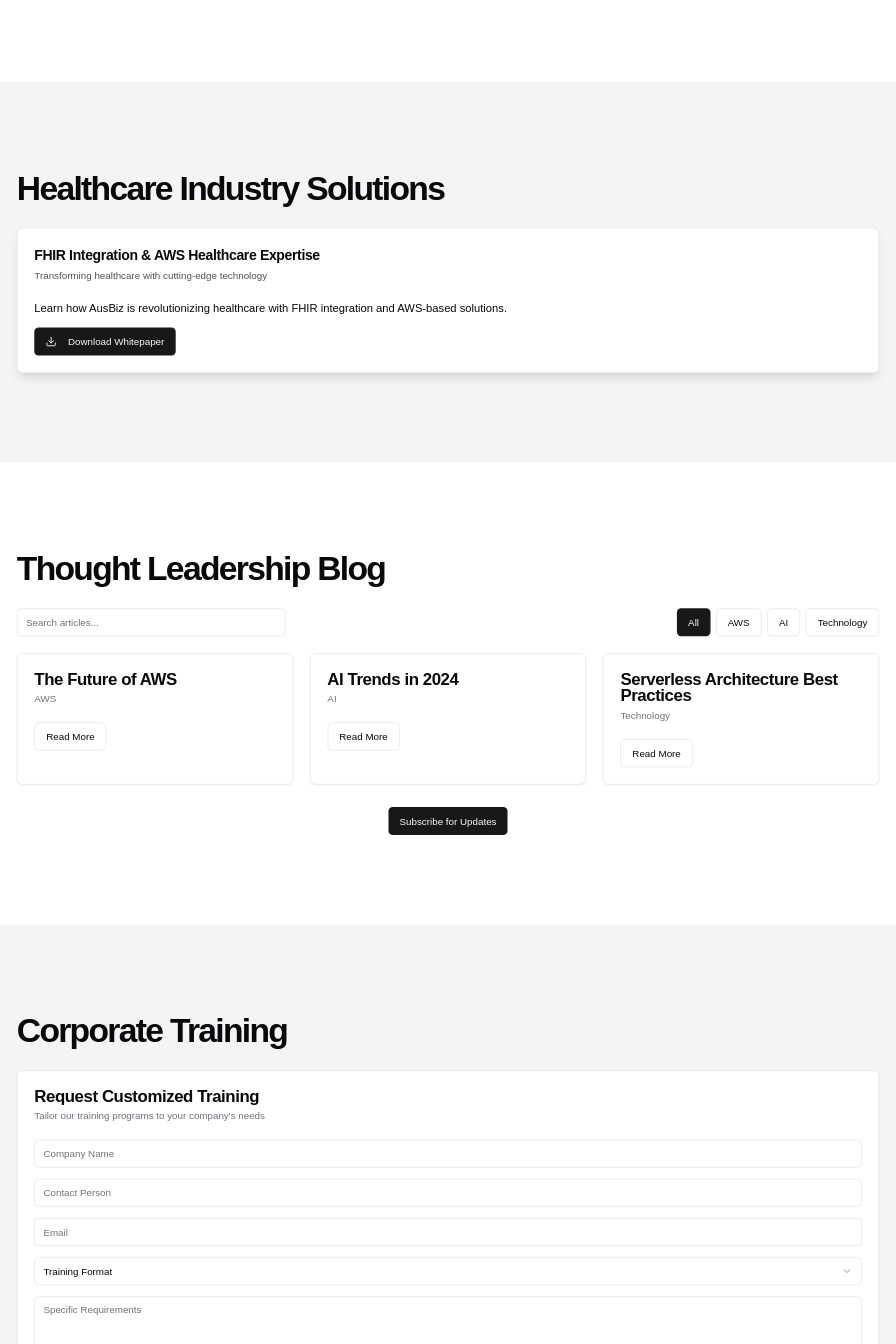
Repository: DiwanMalla/ausbizdemo1
Page: /
An editor plug-in stored every save of this project. The page is shown before and after the next save, followed by the edit.
The browser window is 1280 px wide. The pictures show the part of the page from y = 2900 to 4820 px (the page is 5753 px tall before and 5977 px after), at 70% of full size.
The project was rebuilt for these pictures with package versions that can differ from the ones it lists, and the page was loaded fresh each time. The framework's server and built-in components were replaced by stand-ins that run in the browser. Also part of the build but not shown: next.config.ts.

Above is the page before, as saved 2024-11-09 18:50:03.

### components/ui/button.tsx
import * as React from "react"
import { Slot } from "@radix-ui/react-slot"
import { cva, type VariantProps } from "class-variance-authority"

import { cn } from "@/lib/utils"

const buttonVariants = cva(
  "inline-flex items-center justify-center gap-2 whitespace-nowrap rounded-md text-sm font-medium ring-offset-background transition-colors focus-visible:outline-none focus-visible:ring-2 focus-visible:ring-ring focus-visible:ring-offset-2 disabled:pointer-events-none disabled:opacity-50 [&_svg]:pointer-events-none [&_svg]:size-4 [&_svg]:shrink-0",
  {
    variants: {
      variant: {
        default: "bg-primary text-primary-foreground hover:bg-primary/90",
        destructive:
          "bg-destructive text-destructive-foreground hover:bg-destructive/90",
        outline:
          "border border-input bg-background hover:bg-accent hover:text-accent-foreground",
        secondary:
          "bg-secondary text-secondary-foreground hover:bg-secondary/80",
        ghost: "hover:bg-accent hover:text-accent-foreground",
        link: "text-primary underline-offset-4 hover:underline",
      },
      size: {
        default: "h-10 px-4 py-2",
        sm: "h-9 rounded-md px-3",
        lg: "h-11 rounded-md px-8",
        icon: "h-10 w-10",
      },
    },
    defaultVariants: {
      variant: "default",
      size: "default",
    },
  }
)

export interface ButtonProps
  extends React.ButtonHTMLAttributes<HTMLButtonElement>,
    VariantProps<typeof buttonVariants> {
  asChild?: boolean
}

const Button = React.forwardRef<HTMLButtonElement, ButtonProps>(
  ({ className, variant, size, asChild = false, ...props }, ref) => {
    const Comp = asChild ? Slot : "button"
    return (
      <Comp
        className={cn(buttonVariants({ variant, size, className }))}
        ref={ref}
        {...props}
      />
    )
  }
)
Button.displayName = "Button"

export { Button, buttonVariants }

### components/HeroSection.tsx
import { Button } from "@/components/ui/button";

export default function HeroSection() {
  return (
    <section className="w-full py-12 md:py-24 lg:py-32 xl:py-48">
      <div className="container px-4 md:px-6">
        <div className="flex flex-col items-center space-y-4 text-center">
          <div className="space-y-2">
            <h1 className="text-3xl font-bold tracking-tighter sm:text-4xl md:text-5xl lg:text-6xl/none">
              Generative AI and AWS Expertise
            </h1>
            <p className="mx-auto max-w-[700px] text-gray-500 md:text-xl dark:text-gray-400">
              Empowering businesses with cutting-edge technology solutions
            </p>
          </div>
          <div className="space-x-4">
            <Button>Contact Us</Button>
            <Button variant="outline">Learn More</Button>
          </div>
        </div>
      </div>
    </section>
  );
}

### components/Services.tsx
import {
  Card,
  CardContent,
  CardDescription,
  CardHeader,
  CardTitle,
} from "@/components/ui/card";
import {
  CloudIcon,
  CodeIcon,
  BrainIcon,
  DatabaseIcon,
  SmartphoneIcon,
} from "lucide-react";

const services = [
  {
    title: "Cloud Solutions",
    description: "Scalable and secure AWS cloud infrastructure",
    icon: CloudIcon,
  },
  {
    title: "Full-Stack Development",
    description: "End-to-end web and mobile app development",
    icon: CodeIcon,
  },
  {
    title: "AI Consulting",
    description: "Leverage AI to transform your business",
    icon: BrainIcon,
  },
  {
    title: "Data Engineering",
    description: "Streamlining your data pipelines and architectures",
    icon: DatabaseIcon,
  },
  {
    title: "Mobile Development",
    description: "Developing mobile apps for iOS and Android",
    icon: SmartphoneIcon,
  },
  // More services added...
];

export default function ServicesCarousel() {
  return (
    <section className="w-full py-12 md:py-24 lg:py-32 bg-gray-100 dark:bg-gray-800">
      <div className="container mx-auto px-6 md:px-8">
        <h2 className="text-3xl font-bold tracking-tight sm:text-4xl md:text-5xl mb-8 text-center text-foreground">
          Our Services
        </h2>
        <div className="relative">
          <div className="flex overflow-x-auto pb-10 hide-scroll-bar scroll-smooth px-6 lg:px-12 space-x-6">
            {services.map((service, index) => (
              <Card
                key={index}
                className="flex-none w-64 sm:w-80 lg:w-96 bg-white shadow-lg rounded-lg transition-all duration-300 transform hover:scale-105 hover:shadow-xl"
              >
                <CardHeader className="flex justify-center items-center p-6">
                  <service.icon className="w-14 h-14 text-indigo-600" />
                </CardHeader>
                <CardContent className="px-4 py-3">
                  <CardTitle className="text-lg font-semibold text-foreground">
                    {service.title}
                  </CardTitle>
                  <CardDescription className="text-sm text-foreground/70">
                    {service.description}
                  </CardDescription>
                </CardContent>
              </Card>
            ))}
          </div>
          <div className="absolute top-0 left-0 right-0 bottom-0 bg-gradient-to-r from-transparent via-transparent to-gray-100 pointer-events-none"></div>
        </div>
      </div>
    </section>
  );
}

### components/LMS.tsx
import { Button } from "@/components/ui/button";
import {
  Card,
  CardContent,
  CardDescription,
  CardHeader,
  CardTitle,
} from "@/components/ui/card";

const modules = [
  { title: "AWS Basics", free: true },
  { title: "Serverless Architecture", free: false },
  { title: "Machine Learning on AWS", free: false },
  // Add more modules...
];

export default function LMSSection() {
  return (
    <section className="w-full py-12 md:py-24 lg:py-32">
      <div className="container px-4 md:px-6">
        <h2 className="text-3xl font-bold tracking-tight sm:text-4xl md:text-5xl mb-8 text-center text-foreground">
          Learning Management System
        </h2>
        <div className="grid gap-6 sm:grid-cols-2 lg:grid-cols-3">
          {modules.map((module, index) => (
            <Card
              key={index}
              className="cursor-pointer rounded-lg bg-card shadow-card hover:shadow-card-hover transition-all duration-300 transform hover:scale-105"
            >
              <CardHeader className="p-6 text-center">
                <CardTitle className="text-xl font-semibold text-foreground">
                  {module.title}
                </CardTitle>
                <CardDescription className="text-sm text-foreground/70">
                  {module.free ? "Free" : "Premium"}
                </CardDescription>
              </CardHeader>
              <CardContent className="px-4 py-3 flex justify-center">
                <Button
                  variant={module.free ? "default" : "outline"}
                  className={`${
                    module.free
                      ? "bg-primary text-primary-foreground hover:bg-primary/90"
                      : "border-accent  dark:text-foreground hover:bg-accent/10"
                  } w-full py-2 px-4 text-sm font-semibold transition-all duration-200`}
                >
                  {module.free ? "Start Learning" : "Upgrade to Access"}
                </Button>
              </CardContent>
            </Card>
          ))}
        </div>
      </div>
    </section>
  );
}

### components/Healthcare.tsx
import {
  Card,
  CardContent,
  CardDescription,
  CardHeader,
  CardTitle,
} from "@/components/ui/card";
import { Button } from "@/components/ui/button";
import { DownloadIcon } from "lucide-react";

export default function IndustryCallouts() {
  return (
    <section className="w-full py-12 md:py-24 lg:py-32 bg-gray-100 dark:bg-gray-800">
      <div className="container px-4 md:px-6">
        <h2 className="text-3xl font-bold tracking-tighter sm:text-4xl md:text-5xl mb-8 text-foreground dark:text-foreground">
          Healthcare Industry Solutions
        </h2>
        <Card className="bg-white dark:bg-gray-900 text-foreground dark:text-foreground shadow-lg dark:shadow-gray-800 hover:shadow-lg transition-all duration-300 transform hover:scale-105">
          <CardHeader>
            <CardTitle className="text-xl font-semibold text-foreground dark:text-foreground">
              FHIR Integration & AWS Healthcare Expertise
            </CardTitle>
            <CardDescription className="text-sm text-foreground/70 dark:text-foreground/50">
              Transforming healthcare with cutting-edge technology
            </CardDescription>
          </CardHeader>
          <CardContent>
            <p className="mb-4 text-foreground dark:text-foreground/80">
              Learn how AusBiz is revolutionizing healthcare with FHIR
              integration and AWS-based solutions.
            </p>
            <Button className="bg-primary text-primary-foreground dark:bg-primary dark:text-primary-foreground hover:bg-primary/90 dark:hover:bg-primary/90 transition-all duration-200">
              <DownloadIcon className="mr-2 h-4 w-4" /> Download Whitepaper
            </Button>
          </CardContent>
        </Card>
      </div>
    </section>
  );
}

### components/Blog.tsx
import { useState } from "react";
import {
  Card,
  CardContent,
  CardDescription,
  CardHeader,
  CardTitle,
} from "@/components/ui/card";
import { Input } from "@/components/ui/input";
import { Button } from "@/components/ui/button";

const blogPosts = [
  { title: "The Future of AWS", category: "AWS" },
  { title: "AI Trends in 2024", category: "AI" },
  { title: "Serverless Architecture Best Practices", category: "Technology" },
  // Add more blog posts...
];

export default function BlogSection() {
  const [searchTerm, setSearchTerm] = useState("");
  const [selectedCategory, setSelectedCategory] = useState("All");

  const filteredPosts = blogPosts.filter(
    (post) =>
      post.title.toLowerCase().includes(searchTerm.toLowerCase()) &&
      (selectedCategory === "All" || post.category === selectedCategory)
  );

  return (
    <section className="w-full py-12 md:py-24 lg:py-32">
      <div className="container px-4 md:px-6">
        <h2 className="text-3xl font-bold tracking-tighter sm:text-4xl md:text-5xl mb-8">
          Thought Leadership Blog
        </h2>
        <div className="flex justify-between mb-6">
          <Input
            type="search"
            placeholder="Search articles..."
            className="max-w-sm"
            value={searchTerm}
            onChange={(e) => setSearchTerm(e.target.value)}
          />
          <div className="space-x-2">
            {["All", "AWS", "AI", "Technology"].map((category) => (
              <Button
                key={category}
                variant={selectedCategory === category ? "default" : "outline"}
                onClick={() => setSelectedCategory(category)}
              >
                {category}
              </Button>
            ))}
          </div>
        </div>
        <div className="grid gap-6 sm:grid-cols-2 lg:grid-cols-3">
          {filteredPosts.map((post, index) => (
            <Card key={index}>
              <CardHeader>
                <CardTitle>{post.title}</CardTitle>
                <CardDescription>{post.category}</CardDescription>
              </CardHeader>
              <CardContent>
                <Button variant="outline">Read More</Button>
              </CardContent>
            </Card>
          ))}
        </div>
        <div className="mt-8 text-center">
          <Button>Subscribe for Updates</Button>
        </div>
      </div>
    </section>
  );
}

### components/CorporateTraining.tsx
import {
  Card,
  CardContent,
  CardDescription,
  CardHeader,
  CardTitle,
} from "@/components/ui/card";
import { Input } from "@/components/ui/input";
import { Textarea } from "@/components/ui/textarea";
import { Button } from "@/components/ui/button";
import {
  Select,
  SelectContent,
  SelectItem,
  SelectTrigger,
  SelectValue,
} from "@/components/ui/select";

export default function CorporateTraining() {
  return (
    <section className="w-full py-12 md:py-24 lg:py-32 bg-gray-100 dark:bg-gray-800">
      <div className="container px-4 md:px-6">
        <h2 className="text-3xl font-bold tracking-tighter sm:text-4xl md:text-5xl mb-8">
          Corporate Training
        </h2>
        <Card>
          <CardHeader>
            <CardTitle>Request Customized Training</CardTitle>
            <CardDescription>
              Tailor our training programs to your company's needs
            </CardDescription>
          </CardHeader>
          <CardContent>
            <form className="space-y-4">
              <Input placeholder="Company Name" />
              <Input placeholder="Contact Person" />
              <Input type="email" placeholder="Email" />
              <Select>
                <SelectTrigger>
                  <SelectValue placeholder="Training Format" />
                </SelectTrigger>
                <SelectContent>
                  <SelectItem value="in-person">In-Person</SelectItem>
                  <SelectItem value="remote">Remote</SelectItem>
                </SelectContent>
              </Select>
              <Textarea placeholder="Specific Requirements" />
              <Button type="submit">Submit Request</Button>
            </form>
          </CardContent>
        </Card>
      </div>
    </section>
  );
}

### components/Event.tsx
import {
  Card,
  CardContent,
  CardDescription,
  CardHeader,
  CardTitle,
} from "@/components/ui/card";
import { Button } from "@/components/ui/button";
import { CalendarIcon } from "lucide-react";

const events = [
  { title: "Create an AWS Account", date: "2024-06-15", time: "14:00" },
  { title: "First Lambda Function", date: "2024-06-22", time: "15:30" },
  // Add more events...
];

export default function EventSection() {
  return (
    <section className="w-full py-12 md:py-24 lg:py-32">
      <div className="container px-4 md:px-6">
        <h2 className="text-3xl font-bold tracking-tighter sm:text-4xl md:text-5xl mb-8">
          Upcoming Free Sessions
        </h2>
        <div className="grid gap-6 sm:grid-cols-2 lg:grid-cols-3">
          {events.map((event, index) => (
            <Card key={index}>
              <CardHeader>
                <CardTitle>{event.title}</CardTitle>
                <CardDescription>
                  <CalendarIcon className="inline-block mr-2" />
                  {new Date(`${event.date}T${event.time}`).toLocaleString()}
                </CardDescription>
              </CardHeader>
              <CardContent>
                <Button>Register</Button>
              </CardContent>
            </Card>
          ))}
        </div>
      </div>
    </section>
  );
}

### components/Footer.tsx
import { Button } from "@/components/ui/button";
import {
  FacebookIcon,
  TwitterIcon,
  LinkedinIcon,
  MoonIcon,
  SunIcon,
} from "lucide-react";

export default function Footer({ isDarkMode, toggleDarkMode }) {
  return (
    <footer className="w-full py-6 bg-gray-100 dark:bg-gray-800">
      <div className="container px-4 md:px-6">
        <div className="grid gap-8 sm:grid-cols-2 md:grid-cols-4">
          <div>
            <h3 className="text-lg font-semibold mb-2">About AusBiz</h3>
            <p className="text-sm">
              Empowering businesses with cutting-edge technology solutions
            </p>
          </div>
          <div>
            <h3 className="text-lg font-semibold mb-2">Contact</h3>
            <p className="text-sm">info@ausbiz.com</p>
            <p className="text-sm">+1 (555) 123-4567</p>
          </div>
          <div>
            <h3 className="text-lg font-semibold mb-2">Legal</h3>
            <ul className="space-y-1">
              <li>
                <a href="#" className="text-sm hover:underline">
                  Privacy Policy
                </a>
              </li>
              <li>
                <a href="#" className="text-sm hover:underline">
                  Terms of Service
                </a>
              </li>
            </ul>
          </div>
          <div>
            <h3 className="text-lg font-semibold mb-2">Follow Us</h3>
            <div className="flex space-x-4">
              <a href="#" aria-label="Facebook">
                <FacebookIcon className="w-6 h-6" />
              </a>
              <a href="#" aria-label="Twitter">
                <TwitterIcon className="w-6 h-6" />
              </a>
              <a href="#" aria-label="LinkedIn">
                <LinkedinIcon className="w-6 h-6" />
              </a>
            </div>
          </div>
        </div>
        <div className="mt-8 flex justify-between items-center">
          <p className="text-sm">&copy; 2024 AusBiz. All rights reserved.</p>
          <Button variant="outline" size="icon" onClick={toggleDarkMode}>
            {isDarkMode ? (
              <SunIcon className="h-[1.2rem] w-[1.2rem]" />
            ) : (
              <MoonIcon className="h-[1.2rem] w-[1.2rem]" />
            )}
            <span className="sr-only">Toggle theme</span>
          </Button>
        </div>
      </div>
    </footer>
  );
}

### components/ui/card.tsx
import * as React from "react"

import { cn } from "@/lib/utils"

const Card = React.forwardRef<
  HTMLDivElement,
  React.HTMLAttributes<HTMLDivElement>
>(({ className, ...props }, ref) => (
  <div
    ref={ref}
    className={cn(
      "rounded-lg border bg-card text-card-foreground shadow-sm",
      className
    )}
    {...props}
  />
))
Card.displayName = "Card"

const CardHeader = React.forwardRef<
  HTMLDivElement,
  React.HTMLAttributes<HTMLDivElement>
>(({ className, ...props }, ref) => (
  <div
    ref={ref}
    className={cn("flex flex-col space-y-1.5 p-6", className)}
    {...props}
  />
))
CardHeader.displayName = "CardHeader"

const CardTitle = React.forwardRef<
  HTMLDivElement,
  React.HTMLAttributes<HTMLDivElement>
>(({ className, ...props }, ref) => (
  <div
    ref={ref}
    className={cn(
      "text-2xl font-semibold leading-none tracking-tight",
      className
    )}
    {...props}
  />
))
CardTitle.displayName = "CardTitle"

const CardDescription = React.forwardRef<
  HTMLDivElement,
  React.HTMLAttributes<HTMLDivElement>
>(({ className, ...props }, ref) => (
  <div
    ref={ref}
    className={cn("text-sm text-muted-foreground", className)}
    {...props}
  />
))
CardDescription.displayName = "CardDescription"

const CardContent = React.forwardRef<
  HTMLDivElement,
  React.HTMLAttributes<HTMLDivElement>
>(({ className, ...props }, ref) => (
  <div ref={ref} className={cn("p-6 pt-0", className)} {...props} />
))
CardContent.displayName = "CardContent"

const CardFooter = React.forwardRef<
  HTMLDivElement,
  React.HTMLAttributes<HTMLDivElement>
>(({ className, ...props }, ref) => (
  <div
    ref={ref}
    className={cn("flex items-center p-6 pt-0", className)}
    {...props}
  />
))
CardFooter.displayName = "CardFooter"

export { Card, CardHeader, CardFooter, CardTitle, CardDescription, CardContent }

### components/ui/input.tsx
import * as React from "react"

import { cn } from "@/lib/utils"

const Input = React.forwardRef<HTMLInputElement, React.ComponentProps<"input">>(
  ({ className, type, ...props }, ref) => {
    return (
      <input
        type={type}
        className={cn(
          "flex h-10 w-full rounded-md border border-input bg-background px-3 py-2 text-base ring-offset-background file:border-0 file:bg-transparent file:text-sm file:font-medium file:text-foreground placeholder:text-muted-foreground focus-visible:outline-none focus-visible:ring-2 focus-visible:ring-ring focus-visible:ring-offset-2 disabled:cursor-not-allowed disabled:opacity-50 md:text-sm",
          className
        )}
        ref={ref}
        {...props}
      />
    )
  }
)
Input.displayName = "Input"

export { Input }

Loaded but not shown: app/layout.tsx (common file); app/globals.css (common file); lib/utils.ts (common file); components/ui/textarea.tsx (common file); tailwind.config.ts (common file); components/ui/select.tsx (160 lines, source omitted); app/page.tsx (145 lines, source omitted); components/Bootcamp.tsx (108 lines, source omitted); components/ClientProject.tsx (75 lines, source omitted)

After the next save:
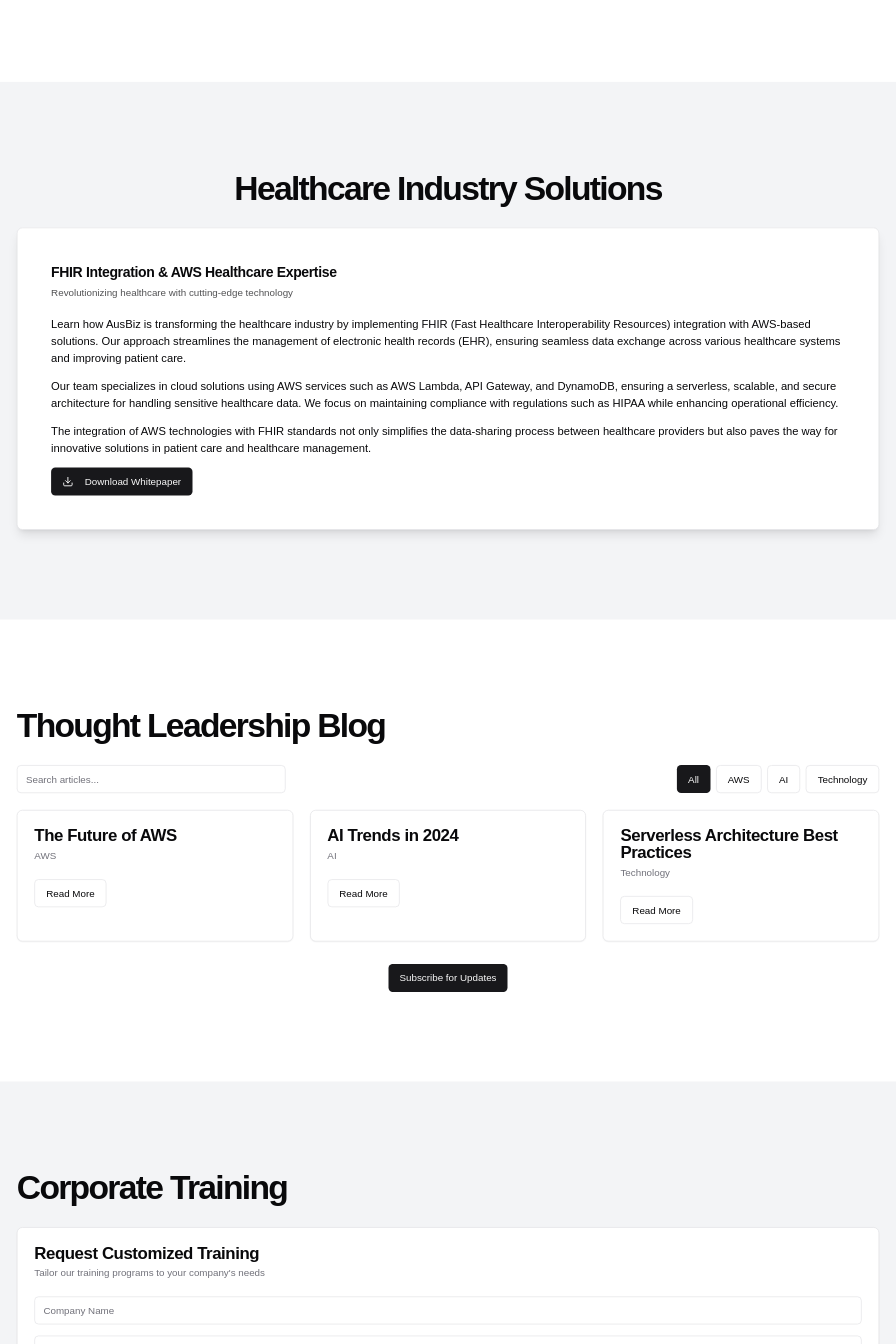
Saved 75 s later.
--- a/components/Healthcare.tsx
+++ b/components/Healthcare.tsx
@@ -12,22 +12,39 @@
   return (
     <section className="w-full py-12 md:py-24 lg:py-32 bg-gray-100 dark:bg-gray-800">
       <div className="container px-4 md:px-6">
-        <h2 className="text-3xl font-bold tracking-tighter sm:text-4xl md:text-5xl mb-8 text-foreground dark:text-foreground">
+        <h2 className="text-3xl font-bold tracking-tighter sm:text-4xl md:text-5xl mb-8 text-foreground dark:text-foreground text-center">
           Healthcare Industry Solutions
         </h2>
-        <Card className="bg-white dark:bg-gray-900 text-foreground dark:text-foreground shadow-lg dark:shadow-gray-800 hover:shadow-lg transition-all duration-300 transform hover:scale-105">
+        <Card className="bg-white dark:bg-gray-900 text-foreground dark:text-foreground shadow-lg dark:shadow-gray-800 p-6 rounded-lg">
           <CardHeader>
             <CardTitle className="text-xl font-semibold text-foreground dark:text-foreground">
               FHIR Integration & AWS Healthcare Expertise
             </CardTitle>
             <CardDescription className="text-sm text-foreground/70 dark:text-foreground/50">
-              Transforming healthcare with cutting-edge technology
+              Revolutionizing healthcare with cutting-edge technology
             </CardDescription>
           </CardHeader>
-          <CardContent>
-            <p className="mb-4 text-foreground dark:text-foreground/80">
-              Learn how AusBiz is revolutionizing healthcare with FHIR
-              integration and AWS-based solutions.
+          <CardContent className="space-y-4">
+            <p className="text-foreground dark:text-foreground/80">
+              Learn how AusBiz is transforming the healthcare industry by
+              implementing FHIR (Fast Healthcare Interoperability Resources)
+              integration with AWS-based solutions. Our approach streamlines the
+              management of electronic health records (EHR), ensuring seamless
+              data exchange across various healthcare systems and improving
+              patient care.
+            </p>
+            <p className="text-foreground dark:text-foreground/80">
+              Our team specializes in cloud solutions using AWS services such as
+              AWS Lambda, API Gateway, and DynamoDB, ensuring a serverless,
+              scalable, and secure architecture for handling sensitive
+              healthcare data. We focus on maintaining compliance with
+              regulations such as HIPAA while enhancing operational efficiency.
+            </p>
+            <p className="text-foreground dark:text-foreground/80">
+              The integration of AWS technologies with FHIR standards not only
+              simplifies the data-sharing process between healthcare providers
+              but also paves the way for innovative solutions in patient care
+              and healthcare management.
             </p>
             <Button className="bg-primary text-primary-foreground dark:bg-primary dark:text-primary-foreground hover:bg-primary/90 dark:hover:bg-primary/90 transition-all duration-200">
               <DownloadIcon className="mr-2 h-4 w-4" /> Download Whitepaper
